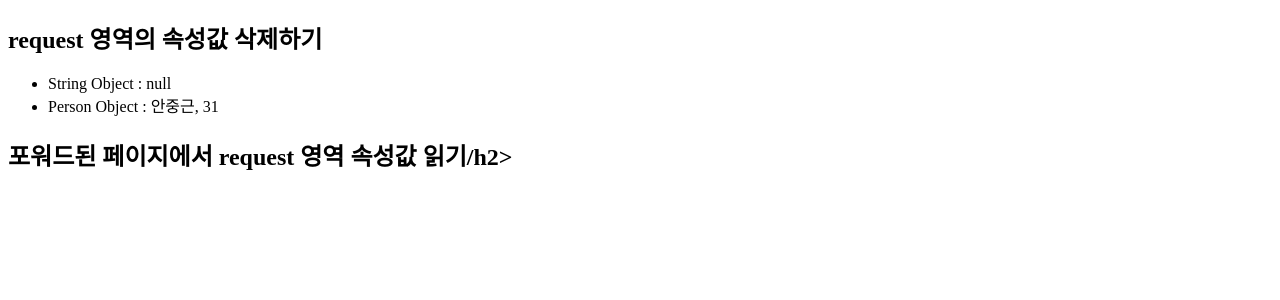
Repository: Charles0304/JSP
Page: http://localhost/MustHaveJSP/03Scope/RequestMain.jsp
The author's editor kept a copy of each file at every save. The page is drawn from the files as they stood at one save, then again after the next save.
The browser window is 1280 px wide. The pictures show the whole page.
The page is served by Tomcat 10. Nobody is signed in. The application's start-up code is not run.

Above is the page before, as saved 2024-04-17 07:17:56.

After the next save:
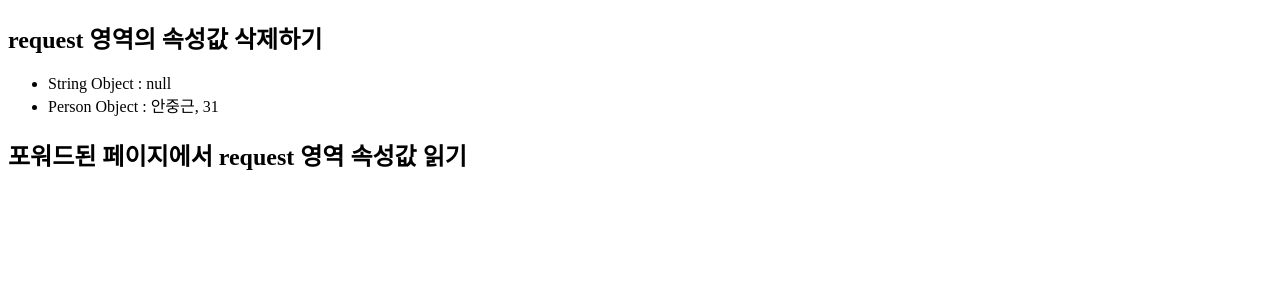
Saved 6 s later.
--- a/MustHaveJSP/src/main/webapp/03Scope/RequestMain.jsp
+++ b/MustHaveJSP/src/main/webapp/03Scope/RequestMain.jsp
@@ -24,5 +24,5 @@ Person rPerson = (Person)(request.getAttribute("requestPerson"));
 <li>String Object : <%= request.getAttribute("requestString") %></li>
 <li>Person Object : <%= rPerson.getName() %>, <%= rPerson.getAge() %></li>
 </ul>
-<h2>포워드된 페이지에서 request 영역 속성값 읽기/h2>
+<h2>포워드된 페이지에서 request 영역 속성값 읽기</h2>
 </html>
